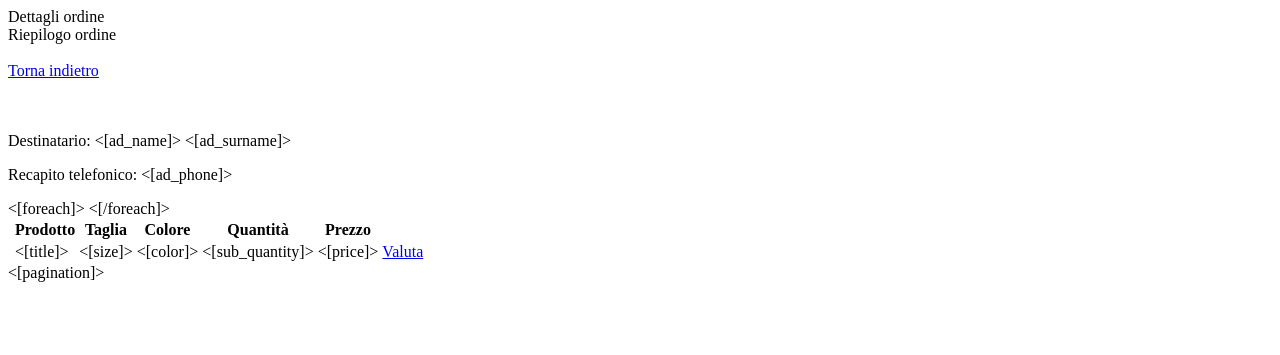
Repository: i4c0ni99/MotorShop
Page: skins/motor-html-package/motor/my-orders.html
An editor plug-in stored every save of this project. The page is shown before and after the next save, followed by the edit.
The browser window is 1280 px wide. The pictures show the whole page.

Above is the page before, as saved 2024-10-22 10:00:51.

After the next save:
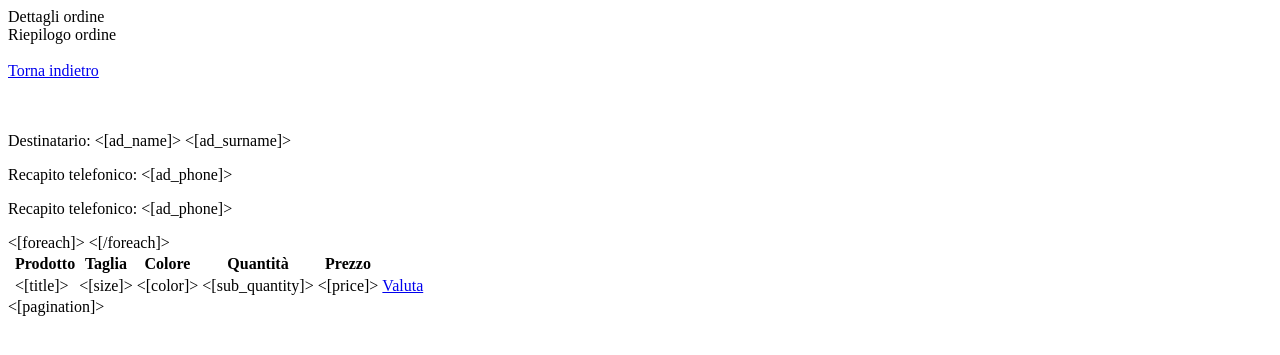
Saved 4 s later.
--- a/skins/motor-html-package/motor/my-orders.html
+++ b/skins/motor-html-package/motor/my-orders.html
@@ -31,7 +31,7 @@
                             <br>
                             <p>Destinatario: <[ad_name]> <[ad_surname]></p>
                             <p>Recapito telefonico: <[ad_phone]></p>
-
+                            <p>Recapito telefonico: <[ad_phone]></p>
                             <div class="table-responsive table-desi">
                                 <table class="all-package coupon-table table table-striped">
                                     <thead>
